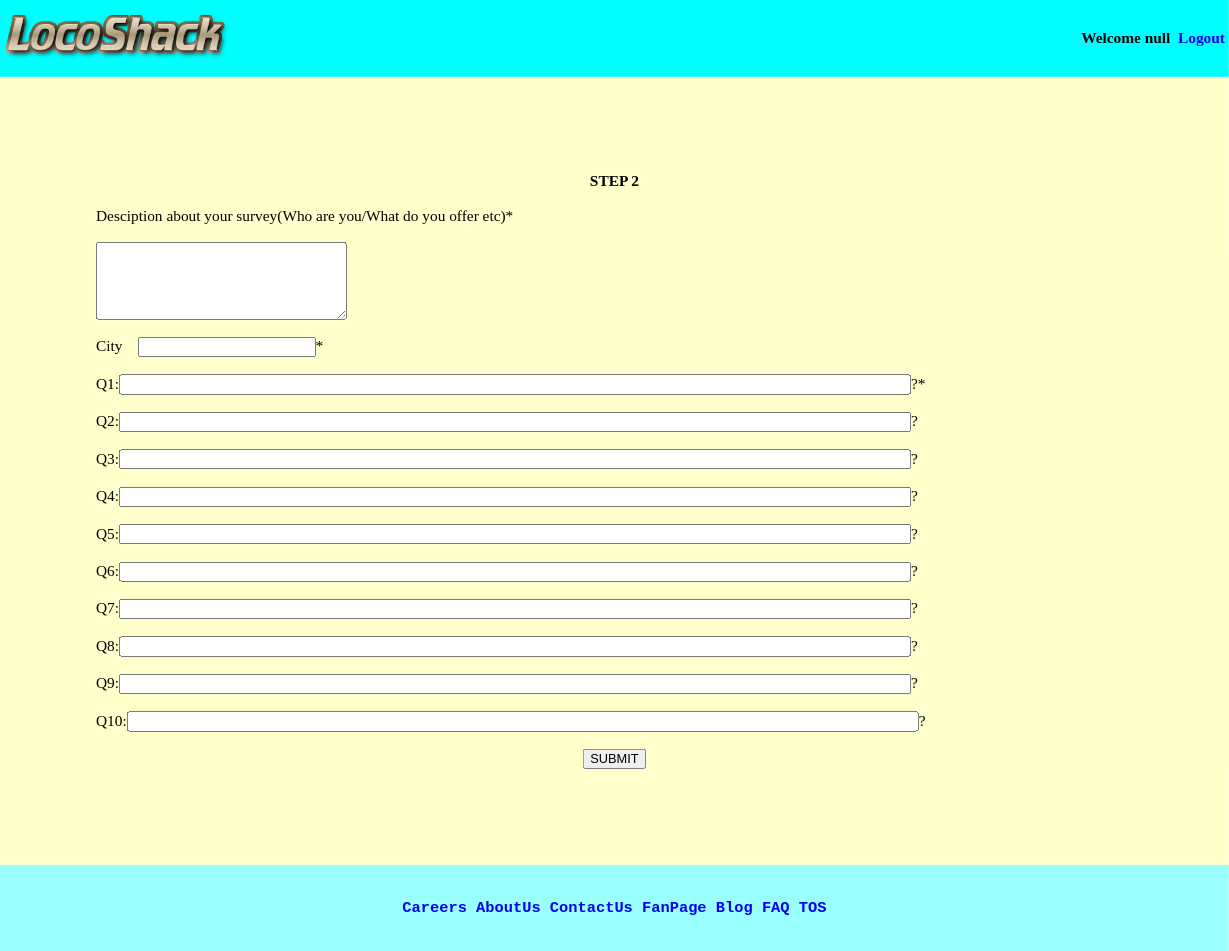
Repository: nicks707/LocoShack_TGMC-project
Page: http://localhost/ram/createsurvey2.jsp
An editor plug-in stored every save of this project. The page is shown before and after a run of saves, followed by the edit.
The browser window is 1280 px wide. The pictures show the whole page, at 96% of full size.
The page is served by Tomcat 9. Other server files are loaded and not shown.

Above is the page before, as saved 2012-03-21 09:01:10.

### ram/WebContent/createsurvey2.jsp
<%@ page language="java" contentType="text/html; charset=ISO-8859-1"
    pageEncoding="ISO-8859-1"%>
<!DOCTYPE html PUBLIC "-//W3C//DTD HTML 4.01 Transitional//EN" "http://www.w3.org/TR/html4/loose.dtd">
<html>
<head>
<meta http-equiv="Content-Type" content="text/html; charset=ISO-8859-1">
<title>LocoShack-Create Survey</title>
<style>
html, body,table
{
  height: 100%;
  width:100%;
}
</style>
<script type="text/javascript">
function checkfield()
{
	 if((document.myform.des.value.length==0)||(document.myform.city.value.length==0)||(document.myform.q1.value.length==0))

{
alert("FIELDS IS MANDATORY");
return false;
}

}
</script>
</head>
<body style="margin-top:0px;margin-left:0px;margin-right:0px">
<table width="100%" cellpadding="0" cellspacing="0"   style="background-color:#FFFFCC">
<tr height="60px"><td><jsp:include page="accheader.jsp"></jsp:include></td></tr>
<tr><td style="padding:100px; ">
<center><b>STEP 2</b></center><br/>
<form action="" name="myform" onsubmit="checkfield()">
Desciption about your survey(Who are you/What do you offer etc)*<br/><br/>
<textarea rows="5" cols="30" name="des" id="des"></textarea><br/><br/>
City&nbsp;&nbsp;&nbsp;&nbsp;<input type="text" name="city" id="city">*<br/><br/>
Q1:<input type="text" name="q1" id="q1" size="100">?*<br/><br/>
Q2:<input type="text" name="q2" id="q2"size="100" value="">?<br/><br/>
Q3:<input type="text" name="q3" id="q3" size="100" value="">?<br/><br/>
Q4:<input type="text" name="q4" id="q4" size="100" value="">?<br/><br/>
Q5:<input type="text" name="q5" id="q5" size="100" value="">?<br/><br/>
Q6:<input type="text" name="q6" id="q6" size="100" value="">?<br/><br/>
Q7:<input type="text" name="q7" id="q7" size="100" value="">?<br/><br/>
Q8:<input type="text" name="q8" id="q8" size="100" value="">?<br/><br/>
Q9:<input type="text" name="q9" id="q9" size="100" value="">?<br/><br/>
Q10:<input type="text" name="q10" id="q10" size="100" value="">?<br/><br/>


<center><input type='submit' value='SUBMIT'></center>



</form>
</td></tr>
<tr height="80px"><td><jsp:include page="footer.jsp"></jsp:include></td></tr>

</table>
</body>
</html>

### ram/WebContent/accheader.jsp
<%@ page language="java" contentType="text/html; charset=ISO-8859-1"
    pageEncoding="ISO-8859-1"%>
<!DOCTYPE html PUBLIC "-//W3C//DTD HTML 4.01 Transitional//EN" "http://www.w3.org/TR/html4/loose.dtd">
<html>
<head>
<meta http-equiv="Content-Type" content="text/html; charset=ISO-8859-1">
<title>Insert title here</title>
<style>
a{text-decoration: none;}
</style>
</head>
<body style="margin-top:0px;margin-left:0px;margin-right:0px">
<table bgcolor="#00FFFF" width="100%" cellpadding="0" cellspacing="0">
<tr height="80px"><td>&nbsp;<a href="main2.jsp"><img src="images/logo.png" border="0px" height="50px"></img></a></td><td>&nbsp;</td><td align="right"><b>Welcome <%=session.getAttribute("id") %> <a href="logout.jsp">&nbsp;Logout&nbsp;</a><b></b></td></tr>
</table>


</body>

</body>
</html>

### ram/WebContent/footer.jsp
<%@ page language="java" contentType="text/html; charset=ISO-8859-1"
    pageEncoding="ISO-8859-1"%>
<!DOCTYPE html PUBLIC "-//W3C//DTD HTML 4.01 Transitional//EN" "http://www.w3.org/TR/html4/loose.dtd">
<html>
<head>
<meta http-equiv="Content-Type" content="text/html; charset=ISO-8859-1">
<title>Insert title here</title>
</head>
<style>
a{text-decoration:none;}
</style>
<body style="margin-top:0px;margin-left:0px;margin-right:0px;">
<table width=100% border="0px" cellpadding="0px" cellspacing="0px">
<tr    bgcolor="#99FFFF" style="height:90px;">
<td  colspan="3" width="100%"  align="center"> <font color="#330099" face="Courier New, Courier, monospace"><b><a href="careers.jsp">Careers</a> <a href="abtus.jsp">AboutUs</a> <a href="contact.jsp">ContactUs</a> <a href="http://www.facebook.com">FanPage</a> <a href="blog.jsp">Blog</a> <a href="faq.jsp">FAQ</a> <a href="tos.jsp">TOS</a></b></font></td>
</tr>


</table>

</body>
</html>

After the next 3 saves:
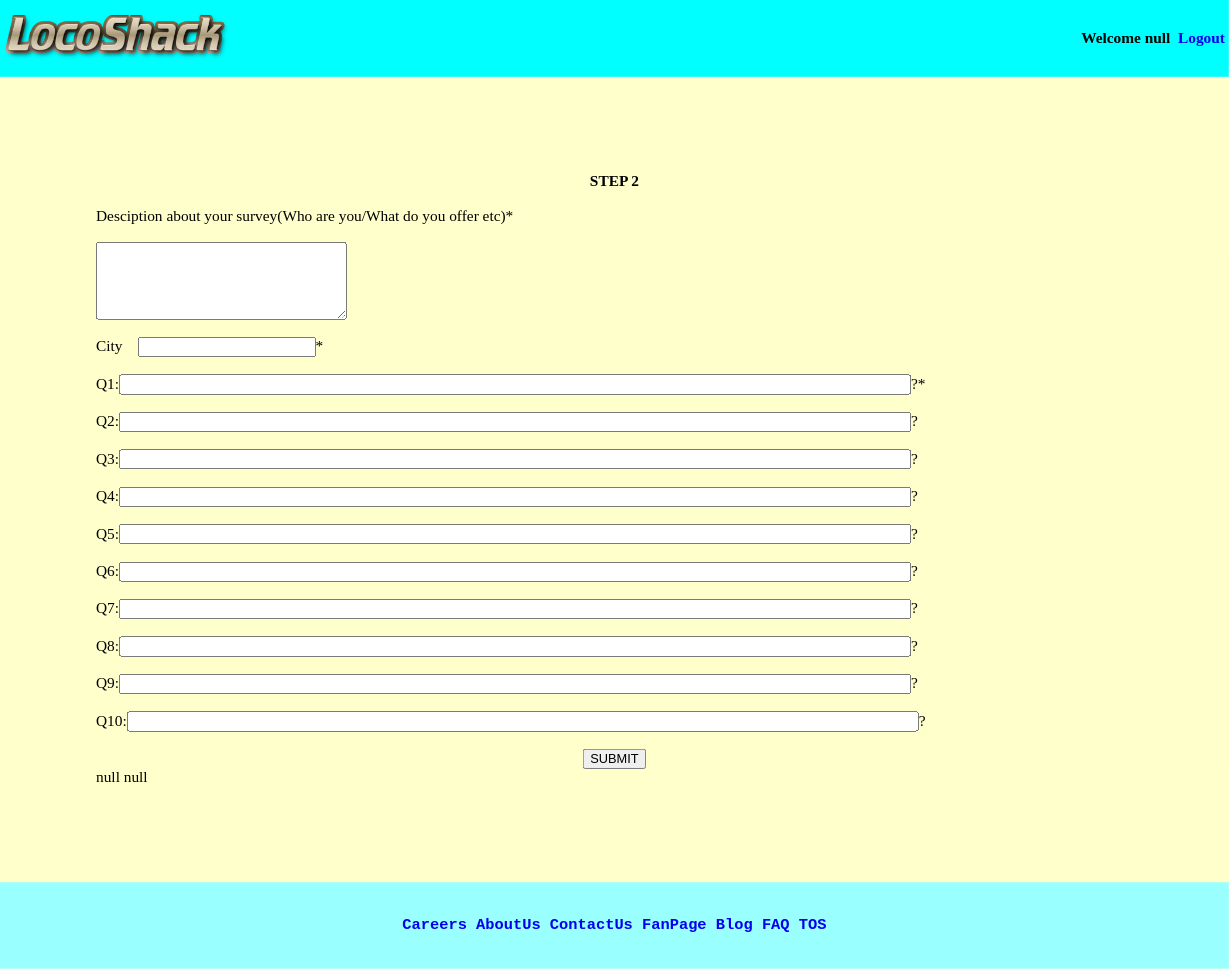
The 3 saves are shown as one change because 2 did not build or start.
The last was saved 89 s later.
--- a/ram/WebContent/createsurvey2.jsp
+++ b/ram/WebContent/createsurvey2.jsp
@@ -47,7 +47,15 @@
 
 
 <center><input type='submit' value='SUBMIT'></center>
+<%
 
+String q1=request.getParameter("q1");
+String q2=request.getParameter("q2");
+out.println(q1);
+out.println(q2);
+
+
+%>
 
 
 </form>

After the save that followed:
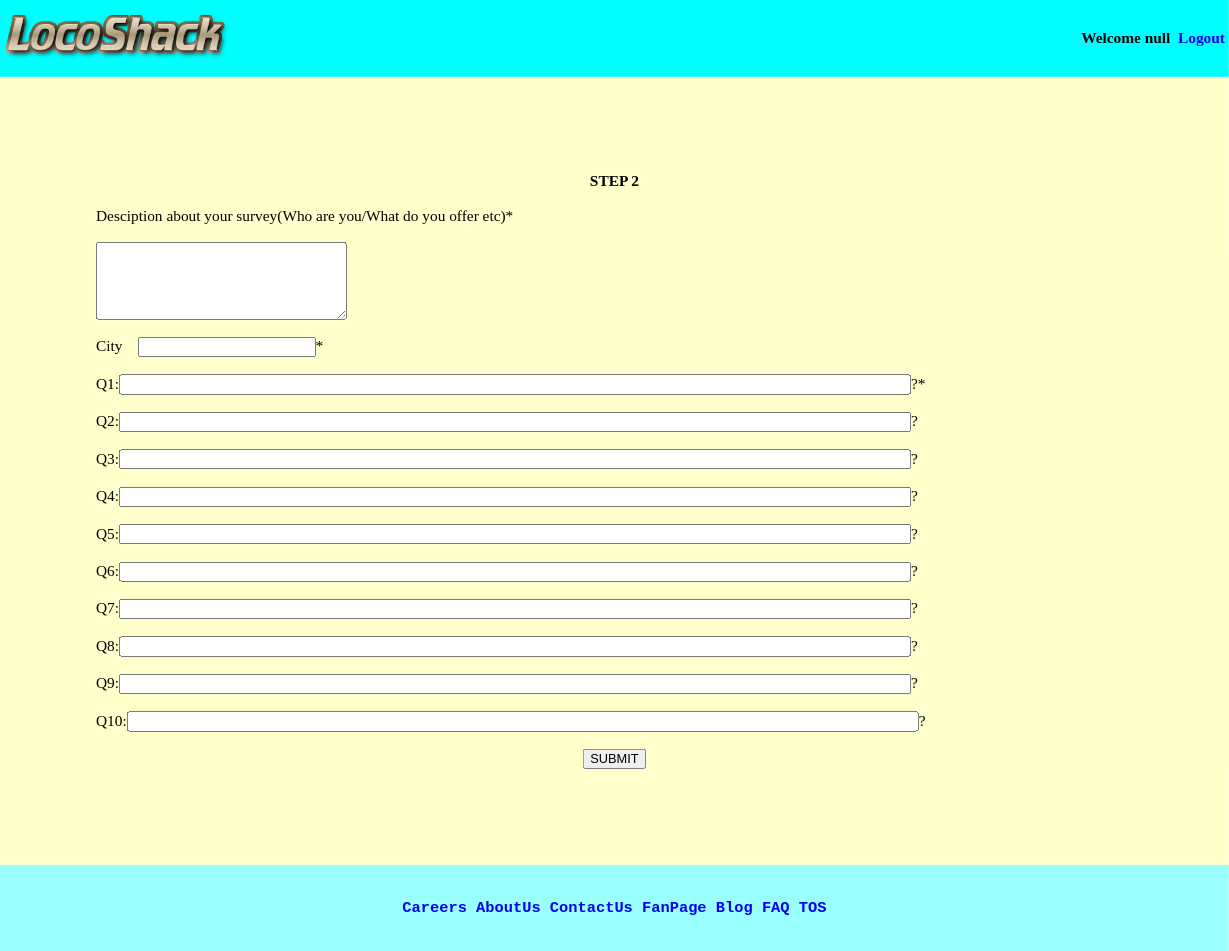
Saved 2 min 14 s later.
--- a/ram/WebContent/createsurvey2.jsp
+++ b/ram/WebContent/createsurvey2.jsp
@@ -51,8 +51,17 @@
 
 String q1=request.getParameter("q1");
 String q2=request.getParameter("q2");
-out.println(q1);
-out.println(q2);
+String q3=request.getParameter("q3");
+String q4=request.getParameter("q4");
+String q5=request.getParameter("q5");
+String q6=request.getParameter("q6");
+String q7=request.getParameter("q7");
+String q8=request.getParameter("q8");
+String q9=request.getParameter("q9");
+String q10=request.getParameter("q10");
+String des=request.getParameter("des");
+String city=request.getParameter("city");
+
 
 
 %>
